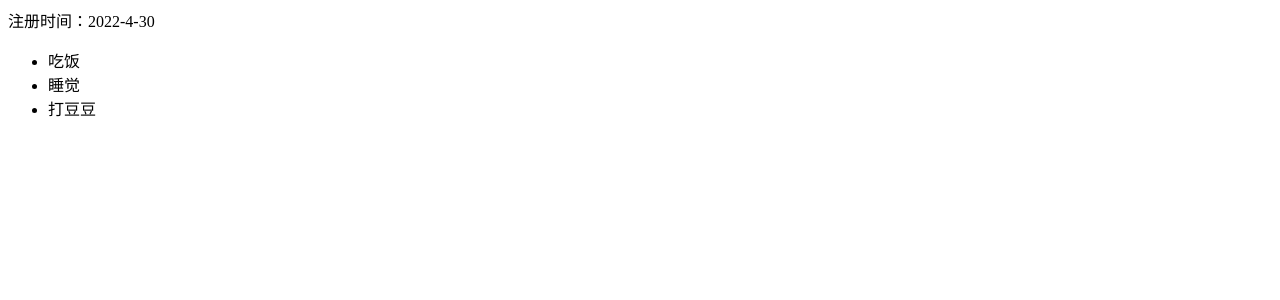
Repository: Bluesouls/eliauk.github.io
Page: Ajax学习笔记/day02/03模板引擎的使用.html
The author's editor kept a copy of each file at every save. The page is drawn from the files as they stood at one save, then again after the next save.
The browser window is 1280 px wide. The pictures show the whole page.

Above is the page before, as saved 2022-05-01 15:28:38.

### Ajax学习笔记/day02/03模板引擎的使用.html
<!DOCTYPE html>
<html lang="en">

<head>
  <meta charset="UTF-8">
  <meta http-equiv="X-UA-Compatible" content="IE=edge">
  <meta name="viewport" content="width=device-width, initial-scale=1.0">
  <title>传统方式渲染UI结构</title>
  <script src="./lib/jquery.js"></script>
  <!--1. 导入模板引擎 -->
  <!-- 在 window 全局,多一个函数,叫做 template('模板的ID',需要渲染的数据对象) -->

  <script src="./lib/template-web.js"></script>
</head>

<body>
  <div id="container"></div>
  <!-- 3. 定义模板 -->
  <!-- 3.1 模板的 HTML 结构，必须定义到 script 中 -->
  <script type="text/html" id="tpl-user">
    <div>注册时间：{{regTime|dateFormat}}</div>
    <ul>
      {{each hobby}}
      <li>
        {{$value}}
      </li>
      {{/each}}
    </ul>
  </script>
  <script type="text/javascript">
    // 定义一个格式化时间的过滤器 dateFormat
    // data 是形参，对应的 regTime 是实参
    template.defaults.imports.dateFormat = function (date) {
      var y = date.getFullYear()
      var m = date.getMonth() + 1
      var d = date.getDate()

      return y + '-' + m + '-' + d
    }
    // 2. 定义需要渲染的数据
    var data = {
      title: '<h3>用户信息</h3>',
      name: 'zs',
      age: 20,
      isVIP: true,
      regTime: new Date(),
      hobby: ['吃饭', '睡觉', '打豆豆']
    }

    // 4. 调用 template 函数
    // template('模板的ID',需要渲染的数据对象)
    var htmlStr = template('tpl-user', data)
    console.log(htmlStr)
    // 5. 渲染 HTML 结构
    $('#container').html(htmlStr)
  </script>
</body>

</html>

Loaded but not shown: Ajax学习笔记/day02/lib/jquery.js (library); Ajax学习笔记/day02/lib/template-web.js (library)

After the next save:
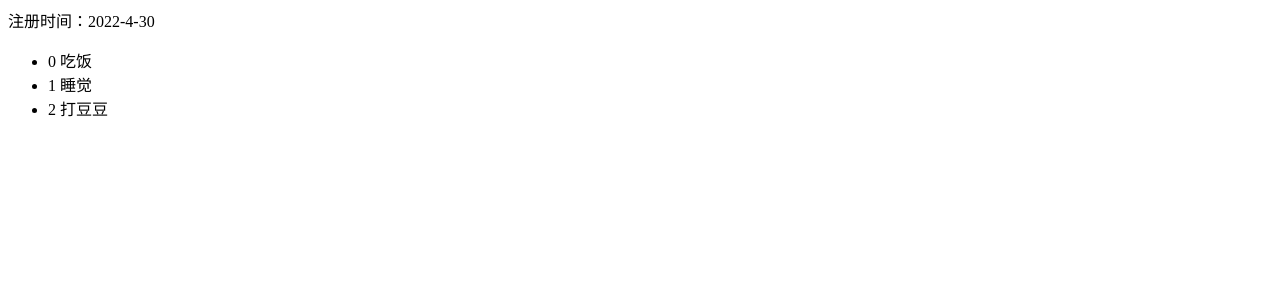
Saved 18 s later.
--- a/Ajax学习笔记/day02/03模板引擎的使用.html
+++ b/Ajax学习笔记/day02/03模板引擎的使用.html
@@ -22,7 +22,7 @@
     <ul>
       {{each hobby}}
       <li>
-        {{$value}}
+        {{$index}} {{$value}}
       </li>
       {{/each}}
     </ul>
